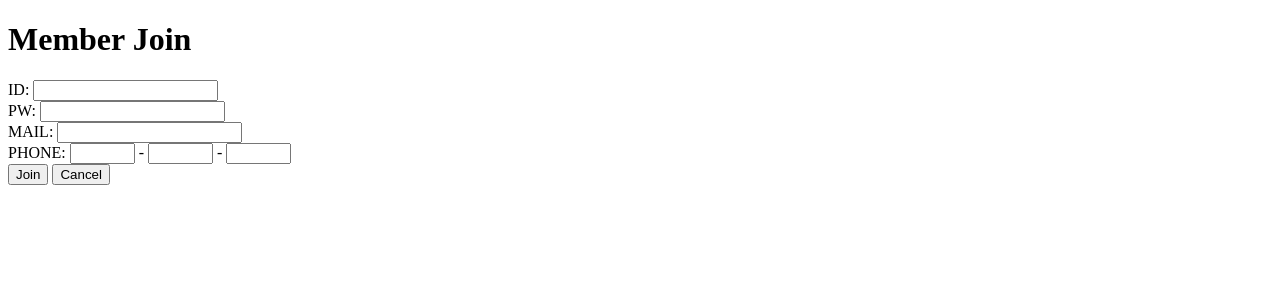
Repository: ksj2001/SpringBasic2024
Page: service/src/main/webapp/resources/html/memJoin.html
These files come from the project's save history. The page is drawn as it stood at one moment and after the next save; the edit follows.
The browser window is 1280 px wide. The pictures show the whole page.

Above is the page before, as saved 2024-07-03 03:05:35.

After the next save:
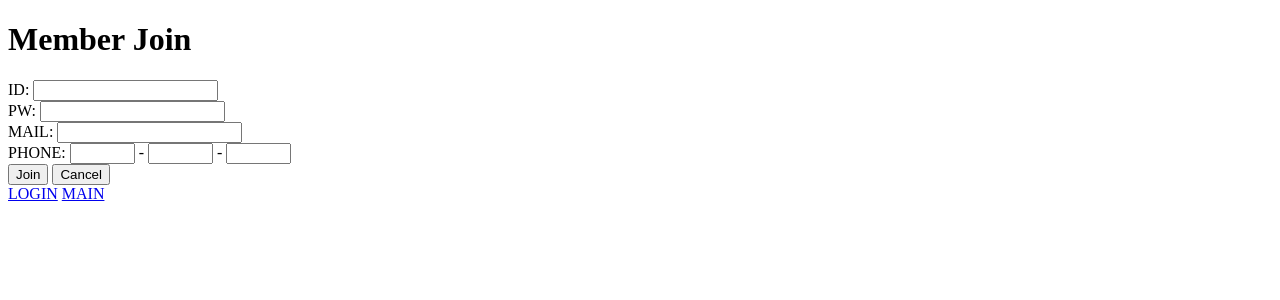
Saved 50 s later.
--- a/service/src/main/webapp/resources/html/memJoin.html
+++ b/service/src/main/webapp/resources/html/memJoin.html
@@ -16,5 +16,7 @@
 		<input type="submit" value="Join">
 		<input type="reset" value="Cancel">
 	</form>
+	<a href="/service/resources/html/login.html">LOGIN</a>
+	<a href="/service/index">MAIN</a>
 </body>
 </html>
